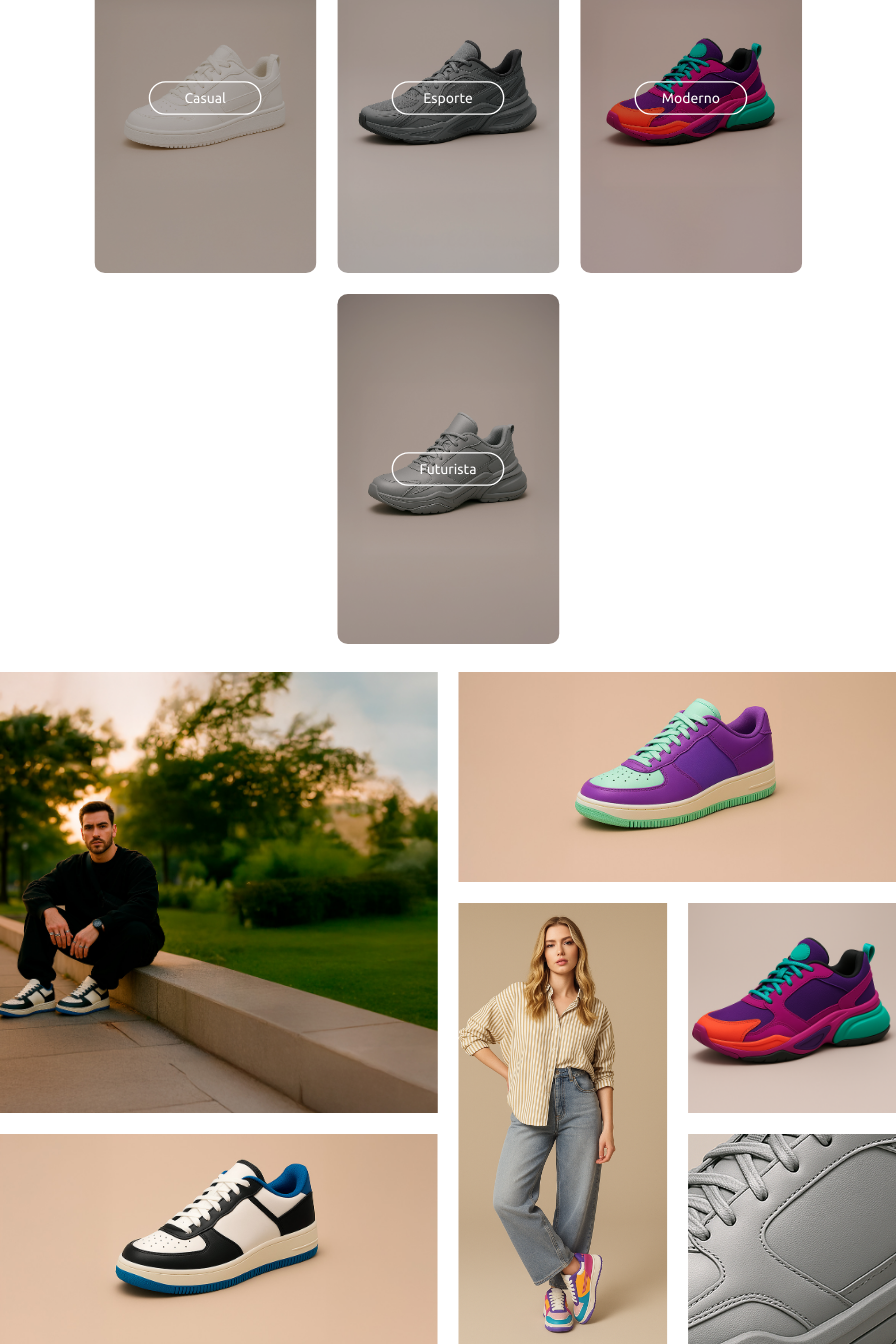
Repository: caique2512/ecommerce-syntaxwear
Page: index.html
An editor plug-in stored every save of this project. The page is shown before and after a run of saves, followed by the edit.
The browser window is 1280 px wide. The pictures show the part of the page from y = 690 to 2610 px (the page is 2610 px tall), at 70% of full size.

Above is the page before, as saved 2026-02-20 18:46:13.

### index.html
<!doctype html>
<html lang="pt-BR">
  <head>
    <meta charset="UTF-8" />
    <meta name="viewport" content="width=device-width, initial-scale=1.0" />
    <meta name="description" content="SyntaxWear - Loja de tênis online" />
    <title>SyntaxWear - Tênis e Sneakers Online</title>
    <meta
      name="description"
      content="Compre os melhores tênis e sneakers online na SyntaxWear. Encontre modelos exclusivos, ofertas imperdíveis e frete grátis para todo o Brasil."
    />

    <link rel="stylesheet" href="./css/base/reset.css" />
    <link rel="stylesheet" href="./css/base/style.css" />
    <link rel="stylesheet" href="./css/base/variables.css" />

    <link rel="stylesheet" href="./css/components/header.css" />
    <link rel="stylesheet" href="./css/components/hero.css" />
    <link rel="stylesheet" href="./css/components/product-category.css" />
    <link rel="stylesheet" href="./css/components/product-grid.css" />
  </head>
  <body>
    <!-- Header com Logo e Navegação -->
    <header class="header">
      <h1 class="logo">
        <a href="/" title="SyntaxWear - Tênis e Sneakers Online">
          <img
            src="./images/logo/logo.svg"
            alt="SyntaxWear - Tênis e Sneakers Online"
          />
        </a>
      </h1>
      <nav class="nav-center" aria-label="Categorias Principais">
        <ul>
          <li><a href="#">Masculino</a></li>
          <li><a href="#">Feminino</a></li>
          <li><a href="#">Outlet</a></li>
        </ul>
      </nav>

      <nav class="nav-right" aria-label="Menu Secundário">
        <ul>
          <li><a href="#">Nossas lojas</a></li>
          <li><a href="#">Sobre</a></li>
          <li>
            <a href="#" aria-label="Minha conta">
              <img src="./images/icons/user.svg" alt="Minha conta" />
            </a>
          </li>
          <li>
            <a href="#" aria-label="Ajuda">
              <img src="./images/icons/help.svg" alt="Ajuda" />
            </a>
          </li>
          <li>
            <a href="#" aria-label="Carrinho">
              <img src="./images/icons/bag.svg" alt="Carrinho" />
            </a>
          </li>
        </ul>
      </nav>
    </header>
    <main>
      <section class="hero">
        <div class="hero-overlay">
          <div class="hero-content">
            <span class="hero-subtitle">Krypton One</span>
            <h2 class="hero-title">Tranforme qualquer passo em preseça.</h2>
            <div class="hero-buttons">
              <a class="btn btn-outiline" href="#">Ver modelos</a>
              <a class="btn btn-filled" href="#">Comprar</a>
            </div>
          </div>
        </div>
      </section>
      <!-- Seção de Categorias de Tênis -->
      <section class="categories-section">
        <div class="category-card casual">
          <a class="category-link" href="#">
            <span class="overlay"></span>
            <span class="category-name btn btn-outiline">Casual</span>
          </a>
        </div>
        <div class="category-card esporte">
          <a class="category-link" href="#">
            <span class="overlay"></span>
            <span class="category-name btn btn-outiline">Esporte</span>
          </a>
        </div>
        <div class="category-card moderno">
          <a class="category-link" href="#">
            <span class="overlay"></span>
            <span class="category-name btn btn-outiline">Moderno</span>
          </a>
        </div>
        <div class="category-card futurista">
          <a class="category-link" href="#">
            <span class="overlay"></span>
            <span class="category-name btn btn-outiline">Futurista</span>
          </a>
        </div>
      </section>
      <!-- Seção de Produtos em Destaque -->
      <section class="grid-section">
        <div class="card top1">
          <div class="top1-content">
            <h3 class="card-subtitle">Krypton One</h3>
            <p class="card-subtitle">Estilos Urbano com atitude</p>
            <div class="cta-group">
              <a href="#" class="btn btn-outiline">Feminino</a>
              <a href="#" class="btn btn-outiline">Masculino</a>
            </div>
          </div>
        </div>
        <div class="card top1"></div>
        <div class="card top2"></div>
        <div class="card midL"></div>
        <div class="card midR"></div>
        <div class="card bottomL"></div>
        <div class="card bottomR"></div>
      </section>
    </main>

    <!-- Footer -->
    <footer class="footer"></footer>

    <script src="js/main.js"></script>
  </body>
</html>

### css/base/reset.css
/* Reset baseado em Andy Bell - Modern CSS Reset */

/* Remove default margins e paddings */
*,
*::before,
*::after {
    margin: 0;
    padding: 0;
    box-sizing: border-box;
}

/* Remove default list styles */
ul[role="list"],
ol[role="list"] {
    list-style: none;
}

/* Body defaults */
body {
    min-height: 100vh;
    text-rendering: optimizeSpeed;
    line-height: 1.5;
}

/* Make images easier to work with */
img,
picture {
    max-width: 100%;
    display: block;
}

/* Inherit fonts for inputs and buttons */
input,
button,
textarea,
select {
    font: inherit;
}

/* Remove animations for people that prefer not to see them */
@media (prefers-reduced-motion: reduce) {
    *,
    *::before,
    *::after {
        animation-duration: 0.01ms !important;
        animation-iteration-count: 1 !important;
        transition-duration: 0.01ms !important;
        scroll-behavior: auto !important;
    }
}

/* A elements that don't have a class get default styles */
a:not([class]) {
    text-decoration-skip-ink: auto;
}

a {
    text-decoration: none;
}

ul,ol{
    list-style: none;
}
/* Remove all animations, transitions and smooth scroll for people that prefer not to see them */
@media (prefers-reduced-motion: reduce) {
    html:focus-within {
        scroll-behavior: auto;
    }

    *,
    *::before,
    *::after {
        animation-duration: 0.01ms !important;
        animation-iteration-count: 1 !important;
        transition-duration: 0.01ms !important;
    }
}

### css/base/style.css
body {
    font-family: var(--fonte-principal);
    color: #333333;
}

main {
    padding: 2.5rem 0 0;
    max-width: 1360px;
    margin: 0 auto;
}

.btn {
    font-size: 1.25rem;
    width: 161px;
    height: 48px;
    border-radius: 25px;
    text-decoration: none;
    color: white;
    font-weight: 400;
    padding: 10px 20px;
    transition: background-color 0.3s, border 0.3s;
}

.btn-outiline {
    background: transparent;
    border: 2px solid white;
    line-height: 23px;
}

.btn-filled {
    background-color: white;
    color: #6329A2;
}

.btn:hover {
    background-color: #6329A2;
    color: white;
    border: #6329A2;
}

### css/base/variables.css
@import url('https://fonts.googleapis.com/css2?family=Ubuntu:ital,wght@0,300;0,400;0,500;0,700;1,300;1,400;1,500;1,700&display=swap');

:root {
    --fonte-principal: 'Ubuntu', sans-serif;
}

### css/components/header.css
.header {
    position: fixed;
    top: 60px;
    left: 50%;
    transform: translate(-50%);
    width: calc(100% - 210px);
    border-radius: 15px;
    z-index: 999;
    display: flex;
    justify-content: space-between;
    align-items: center;
    padding: 0.255rem 1.25rem;
    background-color: white;
}

.logo img {
    height: 48px;
}

.nav-center ul {
    display: flex;
    gap: 2.5rem;
}

.nav-center a, .nav-right a {
    font-size: 1.25rem;
    color: #333333;
}

.nav-center a:hover, .nav-right a:hover {
    color: #7c3aed;
}

.nav-right ul {
    display: flex;
    gap: 2.5rem;
    align-items: center;
}

.nav-right img {
    height: 20px;
}

.nav-right a:hover img {
    opacity: 0.7;
}

### css/components/hero.css
.hero {
    background: url(../../images/banners/hero.jpg) no-repeat center;
    background-size: cover;
    height: 500px;
    position: relative;
    border-radius: 20px;
}

.hero-overlay {
    width: 100%;
    height: 100%;
    display: flex;
    align-items: center;
    justify-content: flex-end;
    padding: 0 6rem;
}

.hero-content {
    color: white;
    max-width: 355px;
    text-align: center;
}

.hero-buttons {
    display: flex;
    gap: 16px;
}

.hero-content .hero-title {
    font-size: 1.87rem;
    margin-bottom: 40px;
    font-weight: 400;
    line-height: 36px;
    letter-spacing: 3px;
}

.hero-content .hero-subtitle {
    font-size: 1.25rem;
    font-weight: 400;
}

### css/components/product-category.css
.categories-section {
    padding: 40px 0px 40px 0px;
    display: flex;
    flex-wrap: wrap;
    justify-content: center;
    gap: 30px;
}

.category-card {
    position: relative;
    width: 317px;
    height: 500px;
    border-radius: 15px;
    overflow: hidden;
}

.overlay {
    position: absolute;
    inset: 0;
    background-color: rgba(0, 0, 0, 0.25);
    z-index: 1;
}

.category-name {
    position: absolute;
    left: 50%;
    top: 50%;
    transform: translate(-50%, -50%);
    z-index: 2;
    font-size: 1.25rem;
    text-align: center;
}

.casual {
    background: url(../../images/products/tênis\ casual.jpg) no-repeat center;
    background-size: cover;
}

.esporte {
    background: url(../../images/products/twnia\ exportivo.jpg) no-repeat center;
    background-size: cover;
}

.moderno {
    background: url(../../images/products/tênis\ colorido.jpg) no-repeat center;
    background-size: cover;
}

.futurista {
    background: url(../../images/products/tênis\ futurista.jpg) no-repeat center;
    background-size: cover;
}

### css/components/product-grid.css
.top1 {
    grid-area: top1;
    background: url(../../images/products/modelo-homem.jpg) no-repeat center;
    background-size: cover;
}

.top2 {
    grid-area: top2;
    background: url(../../images/products/tênis-roxo-grid.jpg) no-repeat center;
    background-size: cover;
}

.midL {
    grid-area: midL;
    background: url(../../images/products/modelo\ feminino.jpg) no-repeat center;
    background-size: cover;
}

.midR {
    grid-area: midR;
    background: url(../../images/products/futurista-grid.jpg) no-repeat center;
    background-size: cover;
}

.bottomL {
    grid-area: bottomL;
    background: url(../../images/products/preto-azul-grid.jpg) no-repeat center;
    background-size: cover;
}

.bottomR {
    grid-area: bottomR;
    background: url(../../images/products/moderno-grid.jpg) no-repeat center;
    bc
}

.grid-section {
    display: grid;
    grid-template-columns: repeat(4, 1fr);
    grid-template-rows: repeat(3, 300px);
    grid-template-areas:
    "top1 top1 top2 top2"
    "top1 top1 midL midR"
    "bottomL bottomL midL bottomR";
    gap: 30px;
}

### js/main.js
/* ===================================
   MAIN.JS - Inicializações globais
   =================================== */

console.log('SyntaxWear - E-commerce carregado com sucesso');

// Suas inicializações globais aqui
// Exemplo: inicializar menu, carrinho, etc.

After the next 3 saves:
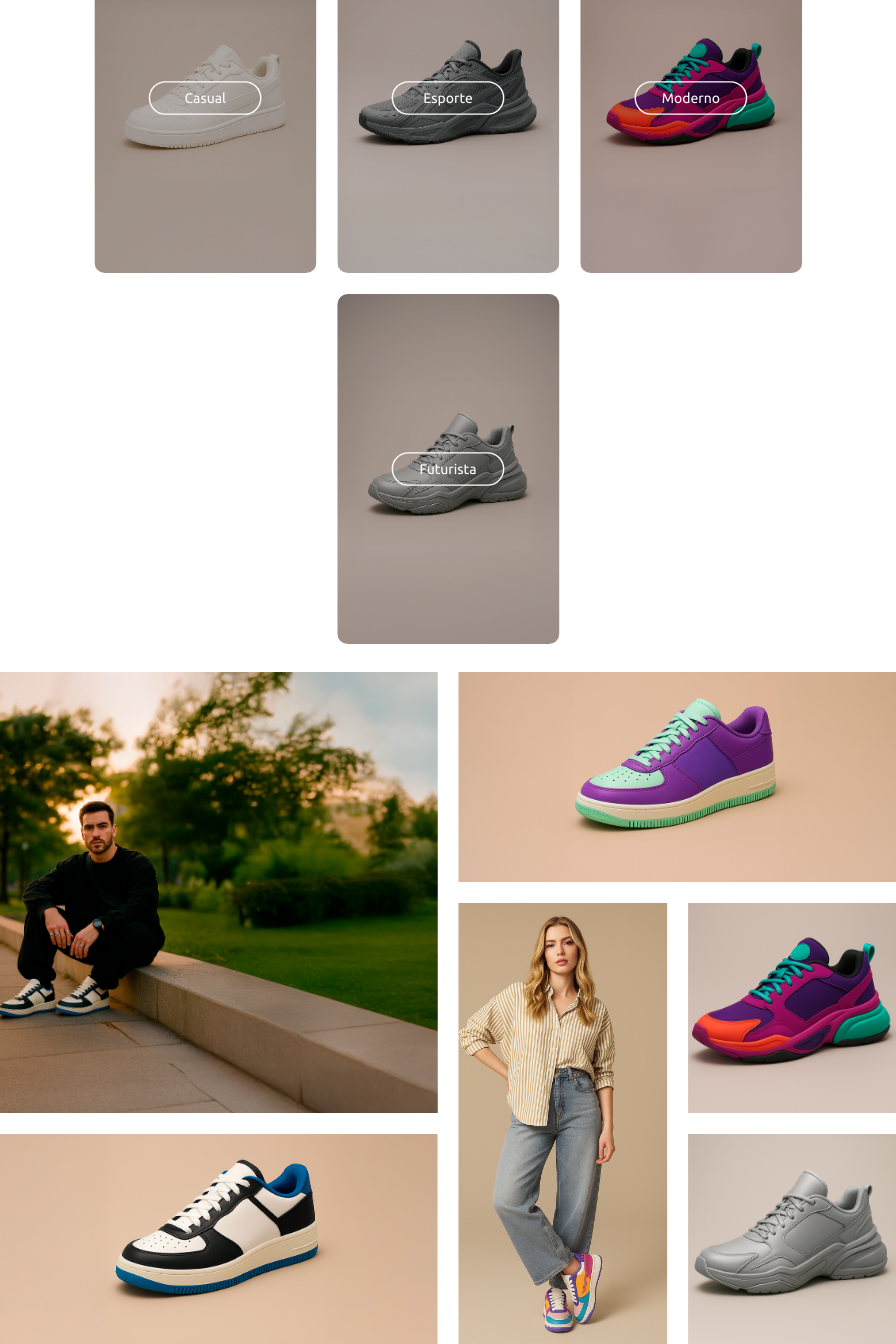
The 3 saves are shown as one change because they came seconds apart.
The last was saved 9 s later.
--- a/css/components/product-grid.css
+++ b/css/components/product-grid.css
@@ -31,7 +31,7 @@
 .bottomR {
     grid-area: bottomR;
     background: url(../../images/products/moderno-grid.jpg) no-repeat center;
-    bc
+    background-size: cover;
 }
 
 .grid-section {
